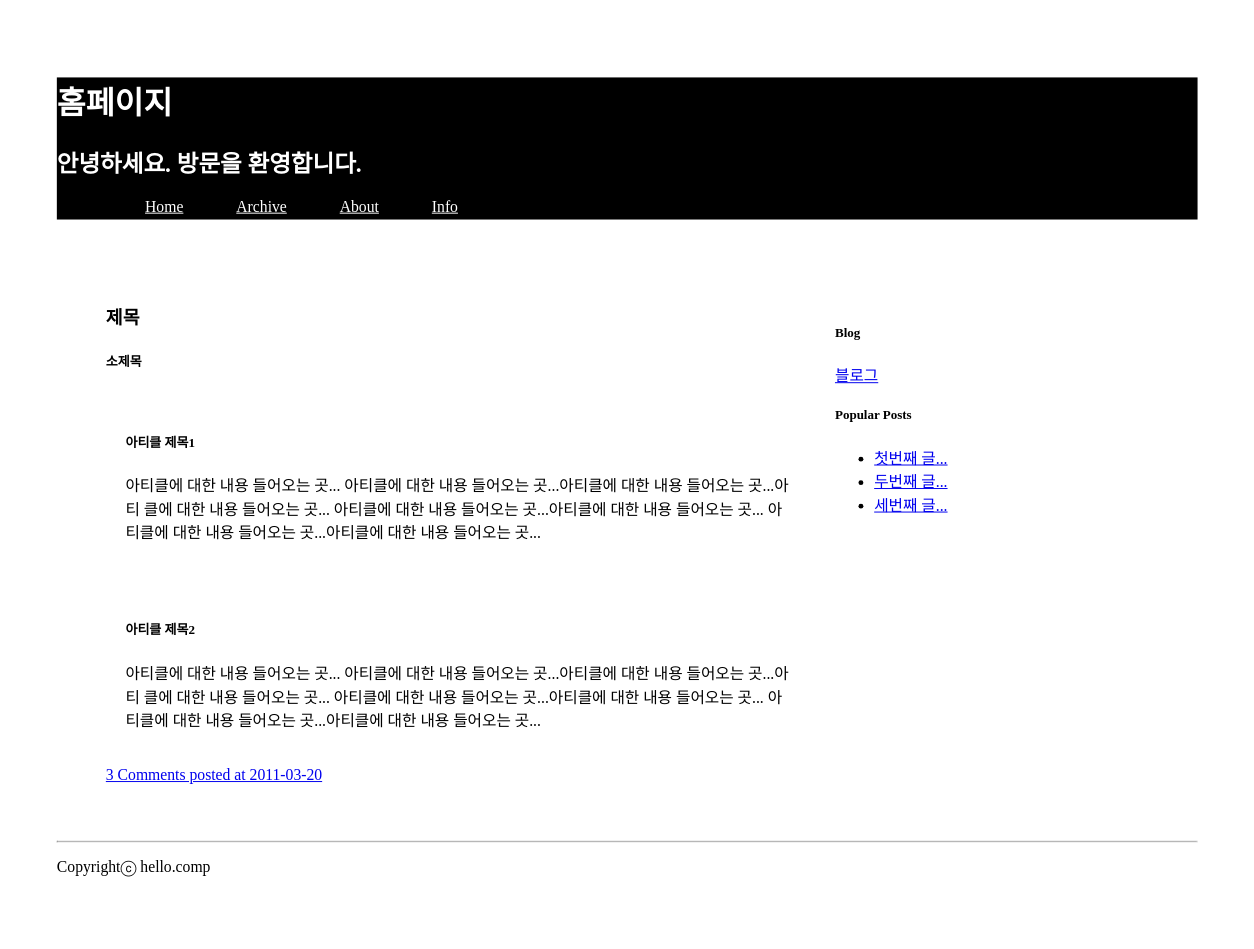
Repository: harin1212/PDA-frontend
Page: 김하린_0728_2/hw2.html
These files come from the project's save history. The page is drawn as it stood at one moment and after the next save; the edit follows.
The browser window is 1280 px wide. The pictures show the whole page, at 98% of full size.

Above is the page before, as saved 2023-07-31 10:08:19.

After the next save:
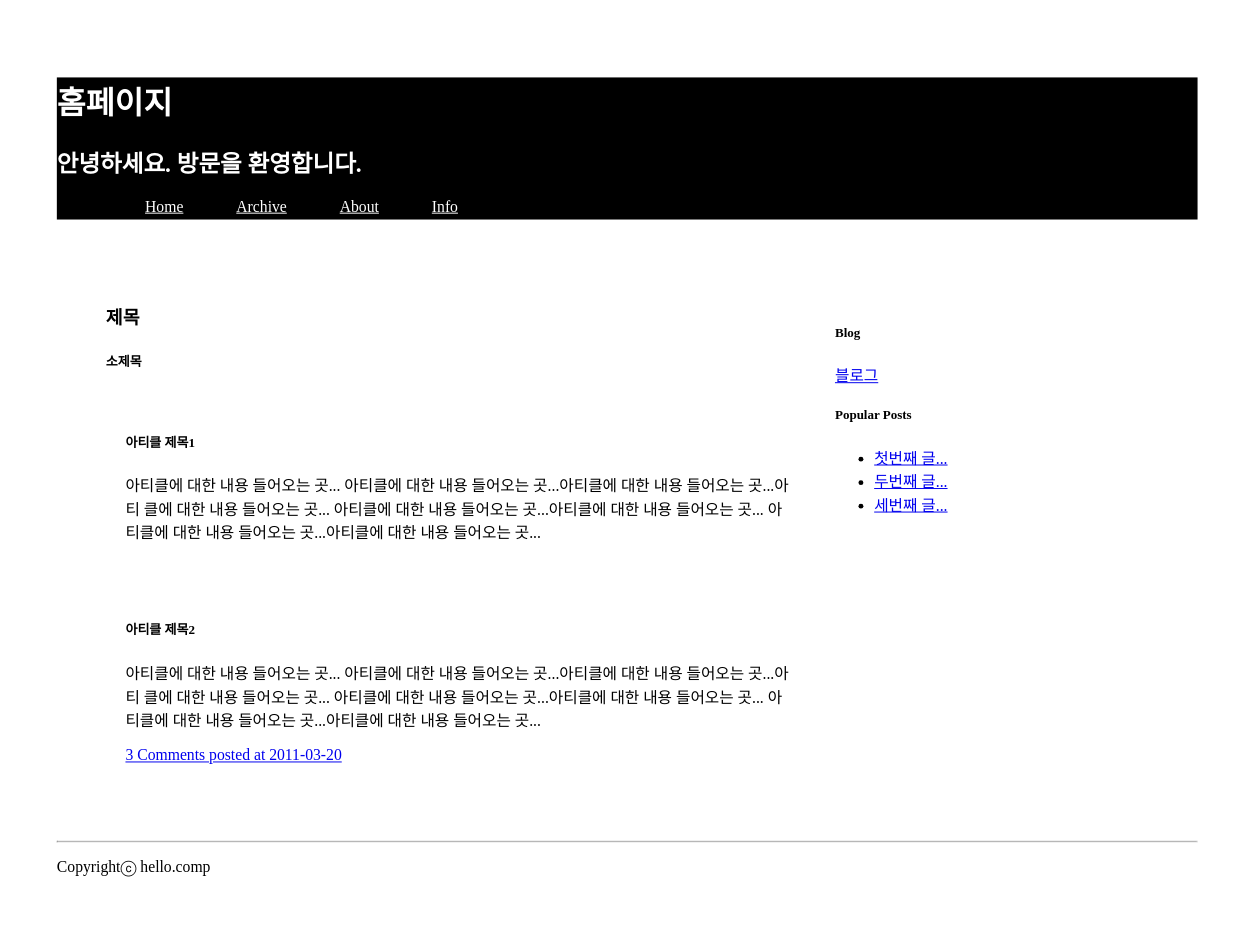
Saved 11 min 2 s later.
--- a/김하린_0728_2/hw2.html
+++ b/김하린_0728_2/hw2.html
@@ -42,9 +42,10 @@
                     아티클에 대한 내용 들어오는 곳...아티클에 대한 내용 들어오는 곳...
                     아티클에 대한 내용 들어오는 곳...아티클에 대한 내용 들어오는 곳...
                 </p>
+                <footer>
+                    <a href="#">3 Comments <span>posted at 2011-03-20</span></a>
+                </footer>
             </article>
-            <a href="#">3 Comments posted at 2011-03-20</a>
-
         </section>
 
         <aside>
